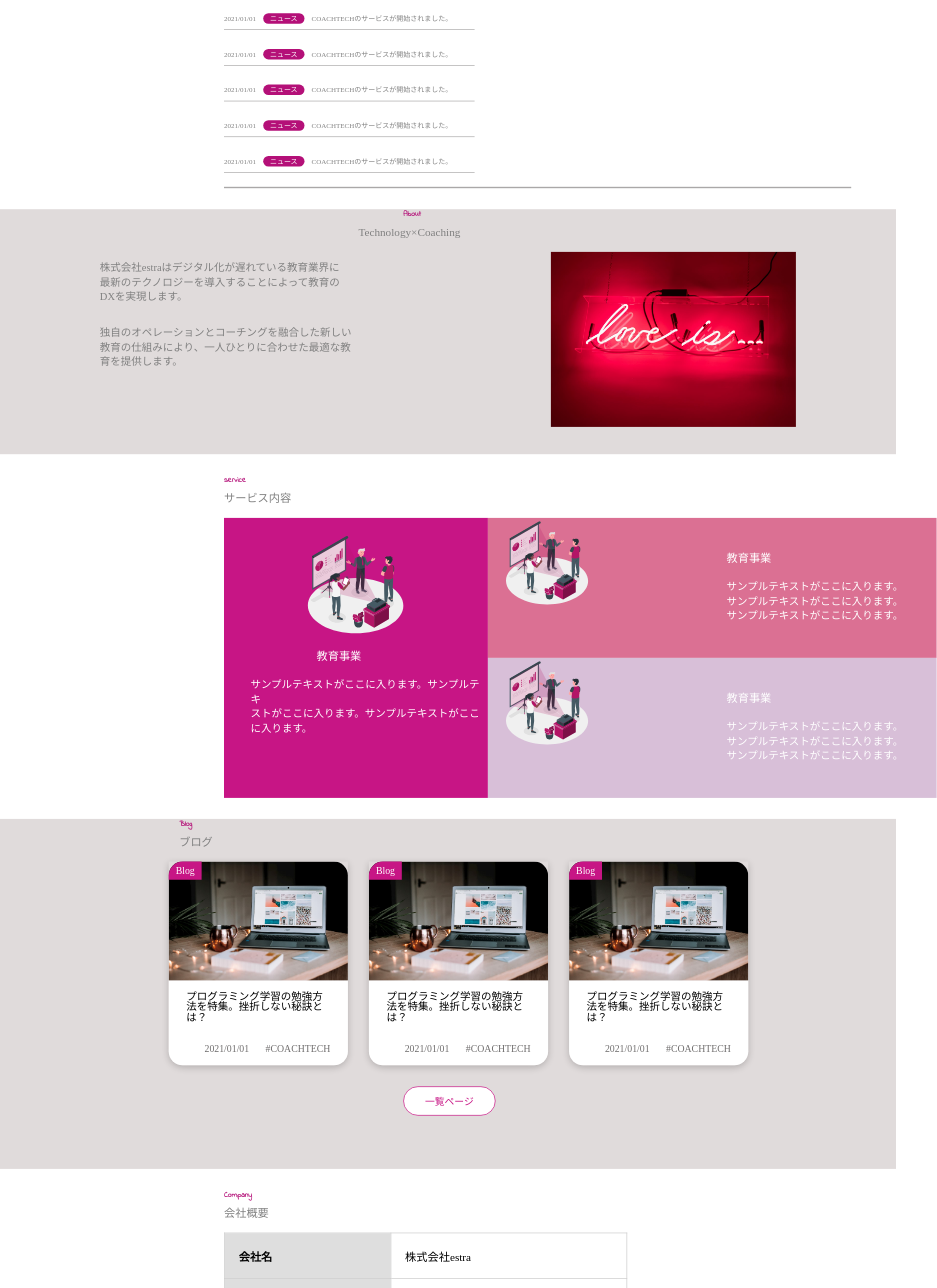
Repository: sigemasaasuka/20210902
Page: index.html
The author's editor kept a copy of each file at every save. The page is drawn from the files as they stood at one save, then again after the next save.
The browser window is 1280 px wide. The page is 1338 px wide, so the pictures cover 1338 px, including what lies to the right of the window. The pictures show the part of the page from y = 547 to 2387 px (the page is 3297 px tall), at 70% of full size.

Above is the page before, as saved 2021-10-06 12:36:49.

### index.html
<!DOCTYPE html>
<html lang="ja">

<head>
  <meta charset="UTF-8">
  <meta name="viewport" content="width=device-width, initial-scale=1.0">
  <title>Document</title>
  <link rel="stylesheet" href="css/style.css">
  <link rel="stylesheet" href="css/reset.css">
  <link rel="preconnect" href="https://fonts.googleapis.com">
  <link rel="preconnect" href="https://fonts.gstatic.com" crossorigin>
  <link href="https://fonts.googleapis.com/css2?family=Indie+Flower&display=swap" rel="stylesheet">
</head>

<body>
  <div class="flex">
    <div class="logo">
      <img src="img/img/estra_logo.png" alt="estra_logo" width="100px" height="30px">
    </div>
    <div class="parent">
      <div class="child">News</div>
      <div class="child">About</div>
      <div class="child">Service</div>
      <div class="child">blog</div>
      <div class="child">Company</div>
      <div class="child">Contact</div>

    </div>
  </div>
  <div class="relative">
    <img class="relative__img" src="img/img/firstview.jpg" alt="firstview">
    <div class="example">
      <h1>Commit to the <span class="document"> growth</span> <br>for everyone</h1>
    </div>
    <div class="second">
      <h3>全ての全ての人の<span class="second-txt">成長</span>にコミットする</h3>
      <p class="subtitle">Educational Technology Company<br>estra inc since 2019</p>
    </div>
  </div>
  <div class="smlltitle-news">
    <h6>News</h6>
  </div>
  <div class="list-news">
    <h3>新着情報</h3>
  </div>
  <div class="local">
    <div class="info">
      <p>
        2021/01/01　<a class="practice__btn">ニュース</a>　COACHTECHのサービスが開始されました。
      </p>
    </div>
    <div class="info">
      <p>
        2021/01/01　<a class="practice__btn">ニュース</a>　COACHTECHのサービスが開始されました。
      </p>
    </div>
    <div class="info">
      <p>
        2021/01/01　<a class="practice__btn">ニュース</a>　COACHTECHのサービスが開始されました。
      </p>
    </div>
    <div class="info">
      <p>
        2021/01/01　<a class="practice__btn">ニュース</a>　COACHTECHのサービスが開始されました。
      </p>
    </div>
    <div class="info">
      <p>
        2021/01/01　<a class="practice__btn">ニュース</a>　COACHTECHのサービスが開始されました。
      </p>
    </div>
  </div>
  <div class="colored-about">
    <div class="smlltitle-about">
      <h6>About</h6>
    </div>
    <div class="list-about">
      <h3>Technology×Coaching</h3>
    </div>
    <div class="flex-txt">
    <div class="info-txt">
      <div class="relate">
        株式会社estraはデジタル化が遅れている教育業界に<br>最新のテクノロジーを導入することによって教育の<br>DXを実現します。
      </div>
      <div class="relate-txt">
        独自のオペレーションとコーチングを融合した新しい<br>教育の仕組みにより、一人ひとりに合わせた最適な教<br>育を提供します。
      </div>

    </div>
      <div class="about">
        <img class="picture__img" src="img/img/about.jpg" alt="about">
      </div>
  </div>
  </div>

  <div class="service">
    <div class="smlltitle-service">
      <h6>service</h6>
    </div>
    <div class="list-service">
      <h3>サービス内容</h3>
    </div>
    <div class="contents">
    <div class="colored-service">
      <div class="photo">
        <img class="service__img" src="img/img/service__first.svg" alt="service">
      </div>
      <div class="title">
        <h3>教育事業</h3>
      </div>
      <div class="explain">
        サンプルテキストがここに入ります。サンプルテキ<br>ストがここに入ります。サンプルテキストがここ<br>に入ります。
      </div>
    </div>
  <div class="contents2">
    <div class="contents2">
  <div class="colored3">
    <div class="photo2">
      <img class="service__img1" src="img/img/service__first.svg" alt="service">
    </div>
    <div>
    <div class="title2">
      <h3>教育事業</h3>
    </div>
    <div class="explain2">
      サンプルテキストがここに入ります。<br>サンプルテキストがここに入ります。<br>サンプルテキストがここに入ります。
    </div>
  </div>
  </div>
  </div>

  <div class="colored">
    <div class="photo2">
      <img class="service__img1" src="img/img/service__first.svg" alt="service">
    </div>
    <div>
    <div class="title2">
      <h3>教育事業</h3>
    </div>
    <div class="explain2">
      サンプルテキストがここに入ります。<br>サンプルテキストがここに入ります。<br>サンプルテキストがここに入ります。
    </div>
  </div>
  </div>
</div>
</div>
</div>
   <div class="colored-blog">
    <div class="smlltitle-blog">
      <h6>Blog</h6>
    </div>
    <div class="list-blog">
      <h3>ブログ</h3>
   </div>
    <div class="flex__item">
      <div class="practice__card">
        <div class="blog__first">
          <img src="img/img/blog__first.jpg" alt="blog">
        </div>
        <div class="card__content">
          <div class="card__cat">Blog</div>
          <h2 class="card__ttl">プログラミング学習の勉強方法を特集。挫折しない秘訣とは？</h2>
          <div class="tag">
            <p class="card__tag">2021/01/01</p>
            <p class="card__date">#COACHTECH</p>
          </div>
        </div>
      </div>
      <div class="practice__card">
        <div class="blog__first">
          <img src="img/img/blog__first.jpg" alt="blog">
        </div>
        <div class="card__content">
          <div class="card__cat">Blog</div>
          <h2 class="card__ttl">プログラミング学習の勉強方法を特集。挫折しない秘訣とは？</h2>
          <div class="tag">
            <p class="card__tag">2021/01/01</p>
            <p class="card__date">#COACHTECH</p>
          </div>
        </div>
      </div>
      <div class="practice__card">
        <div class="blog__first">
          <img src="img/img/blog__first.jpg" alt="blog">
        </div>
        <div class="card__content">
          <div class="card__cat">Blog</div>
          <h2 class="card__ttl">プログラミング学習の勉強方法を特集。挫折しない秘訣とは？</h2>
          <div class="tag">
            <p class="card__tag">2021/01/01</p>
            <p class="card__date">#COACHTECH</p>
          </div>
        </div>
      </div>
    </div>
    <div class="card__cat-blog">一覧ページ</div>
   </div>
   <div class="company">
    <div class="smlltitle-company">
      <h6>Company</h6>
    </div>
    <div class="list-company">
      <h3>会社概要</h3>
    </div>
    <table>
      <tr>
        <th>会社名</th>
        <td>株式会社estra</td>
      </tr>
      <tr>
        <th>代表者名</th>
        <td>福場凛太郎</td>
      </tr>
      <tr>
        <th>本社所在地</th>
        <td>東京都渋谷区1-1-1</td>
      </tr>
      <tr>
        <th>従業員数</th>
        <td>100名</td>
      </tr>
      <tr>
        <th>電話番号</th>
        <td>0120-00-0000</td>
      </tr>
      <tr>
        <th>資本資金</th>
        <td>¥10,000,000</td>
      </tr>
    </table>
    </div>
    <div class="last">
    <div class="photo2">
     <div class="recruit">
      <div class="second-employ">
        <p>採用情報</p>
      </div>
     </div>
    </div>
    <div class="photo3">
      <div class="interview">
    <div class="second-interview">
      <p>社員インタビュー</p>
      </div>
    </div>
    </div>
    </div>
    <div class="list-question">
      <h3>株式会社estraへのお問い合わせはこちらから</h3>
      </div>
      <div class="rod"><p>&#124</p></div>
      <div class="photo4">
  <div class="card__cat3">お問い合わせ</div>
</div>
<div class="colored-question">
  <div class="second-question">
    <p>Copyright&copy;estra,inc　AII Rights Reserved</p>
  </div>
</div>
</body>

</html>

### css/style.css
.img {
  text-align: left;
}

.parent {
  line-height: 50px;
  display: flex;
  justify-content: space-between;
  color: gray;
}

.child {
  margin: 0 10px;
  font-weight: lighter;
}

.logo {
  line-height: 20px;
  width: 100px;
}
.flex {
  display: flex;
  justify-content: space-between;
  height: 50px;
  margin-left: 30px;
}

.relative {
  position: relative;
}

.relative__img {
  margin: 0 0 0 auto;
  display: block;
  width: 50%;
}

.example {
  position: absolute;
  top: 5%;
  left: 30%;
  font-size: 50px;
  color: #b41078;
  font-family: "Indie Flower", cursive;
}

.document {
  top: 5%;
  left: 30%;
  font-size: 70px;
  color: #30b6cf;
  font-family: "Indie Flower", cursive;
}

.second {
  position: absolute;
  top: 50%;
  left: 30%;
  font-size: 18px;
  color: #b41078;
}

.second-txt {
  top: 50%;
  left: 30%;
  font-size: 18px;
  color: #30b6cf;
}

.subtitle {
  margin: 0;
  font-size: 15px;
  color: gray;
  font-weight: lighter;
}

.smlltitle-news {
  color: #b41078;
  font-family: "Indie Flower", cursive;
  margin-left: 25%;
}

.list-news {
  color: gray;
  margin-left: 25%;
  margin-top: 10px;
  margin-bottom: 20px;
}

.local {
  margin-left: 25%;
  border-color: rgb(170, 168, 168);
  border-top: solid 2px rgb(170, 168, 168);
  border-bottom: solid 2px rgb(170, 168, 168);
  width: 70%;
}

.info {
  margin-bottom: 20px;
  border-width: 0 0 1px 0;
  border-style: solid;
  line-height: 30px;
  border-color: rgb(173, 171, 171);
  margin-top: 20px;
  padding-left: 0;
  font-size: 10px;
  color: gray;
  width: 40%;
}

.practice__btn {
  width: 100px;
  padding: 2px 10px;
  color: #fff;
  border-radius: 30px;
  background-color: #b41078;
  text-align: center;
  margin: 0 auto 0;
}

.colored-about {
  height: 350px;
  background-color: rgb(224, 219, 219);
  margin-top: 30px;
}
.smlltitle-about {
  color: #b41078;
  font-family: "Indie Flower", cursive;
  margin-left: 45%;
}

.list-about {
  color: gray;
  margin-left: 40%;
  margin-top: 10px;
}

.flex-txt {
  display: flex;
  justify-content: space-around;
  height: 30px;
}

.relate {
  color: gray;
  font-size: 15px;
  margin-top: 30px;
}

.relate-txt {
  color: gray;
  font-size: 15px;
  margin-top: 30px;
}

.picture__img {
  margin-top: 20px;
  width: 350px;
  height: 250px;
}

.smlltitle-service {
  color: #b41078;
  font-family: "Indie Flower", cursive;
  margin-left: 25%;
  margin-top: 30px;
}

.list-service {
  color: gray;
  margin-left: 25%;
  margin-top: 10px;
}

.contents {
  display: flex;
}
.colored-service {
  background-color: #c71585;
  margin-top: 20px;
  margin-left: 25%;
  width: 30%;
  height: 400px;
}

.service__img {
  width: 300px;
  height: 150px;
  margin-top: 20px;
  margin-left: 10%;
}

.title {
  margin-top: 20px;
  color: #fff;
  margin-left: 35%;
}

.explain {
  margin-left: 10%;
  margin-top: 20px;
  color: #fff;
  font-size: 15px;
}
.contents2 {
  display: flex;
  flex-direction: column;
  justify-content: space-around;
}
.colored3 {
  display: flex;
  background-color: #db7093;
  margin-top: 20px;
  width: 110%;
  height: 200px;
}

.service__img1 {
  width: 40%;
  margin-left: 20px;
  margin-top: ;
}

.title2 {
  margin-top: 20px;
  color: #fff;
  margin-top: 50px;
  margin-left: 20px;
}

.explain2 {
  margin-top: 20px;
  margin-left: 20px;
  color: #fff;
  font-size: 15px;
}

.colored {
  display: flex;
  background-color: #d8bfd8;
  width: 110%;
  height: 200px;
}

.colored-blog {
  height: 500px;
  background-color: rgb(224, 219, 219);
  margin-top: 30px;
}

.smlltitle-blog {
  color: #b41078;
  font-family: "Indie Flower", cursive;
  margin-left: 20%;
  margin-top: 30px;
}

.list-blog {
  color: gray;
  margin-left: 20%;
  margin-top: 10px;
}

.flex__item {
  border-radius: 20px;
  display: flex;
  justify-content: center;
}

.practice__card {
  margin-top: 20px;
  margin-left: 30px;
  position: relative;
  width: 20%;
  border-bottom-left-radius: 20px;
  border-bottom-right-radius: 20px;
  box-shadow: 0px 3px 10px rgba(0, 0, 0, 0.2);
}

.blog__first {
  overflow: hidden;
  border-top-left-radius: 20px;
  border-top-right-radius: 20px;
}

.card__img img {
  width: 100%;
}

.card__content {
  border-bottom-left-radius: 20px;
  border-bottom-right-radius: 20px;
  background-color: #fff;
  padding: 15px 25px;
}

.card__ttl {
  font-size: 15px;
  margin-bottom: 30px;
  font-weight: 400;
}

.card__cat {
  position: absolute;
  top: 0;
  left: 0;
  border-top-left-radius: 20px;
  padding: 5px 10px;
  background: #c71585;
  display: inline-block;
  color: #fff;
  font-size: 14px;
}

.tag {
  font-size: 14px;
  text-align: right;
}

.card__tag {
  display: inline-block;
  color: rgb(112, 110, 110);
  margin-left: 10px;
}

.card__date {
  display: inline-block;
  margin-left: 20px;
  color: rgb(112, 110, 110);
}

.card__cat-blog {
  padding: 10px 30px;
  background: white;
  margin-top: 30px;
  margin-left: 45%;
  border: 1px solid;
  display: inline-block;
  color: #c71585;
  font-size: 14px;
  border-radius: 30px;
}

.company {
  margin-left: 25%;
}

.smlltitle-company {
  color: #b41078;
  font-family: "Indie Flower", cursive;
  margin-top: 30px;
}

.list-company {
  color: gray;
  margin-top: 10px;
  margin-bottom: 20px;
}

table {
  width: 60%;
  border-collapse: collapse;
}

table th,
table td {
  border: 1px solid #ccc;
  padding: 20px;
}
table th {
  font-weight: bold;
  background-color: #dedede;
}

.last {
  display: flex;
  margin-top: 50px;
  position: relative;
}

.second-employ {
  position: absolute;
  top: 50%;
  left: 40%;
  font-size: 20px;
  color: #fff;
}

.photo2 {
  width: 50%;
}

.recruit {
  position: relative;
  width: 100%;
  height: 0;
  padding-top: calc(300 / 683 * 100%); /* calc(画像高さ ÷ 画像横幅 × 100%) */
  background: url(../img/img/recruit.png) center center / cover no-repeat;
  margin-top: 30px;
}

.photo3 {
  width: 50%;
}

.interview {
  position: relative;
  width: 100%;
  height: 0;
  padding-top: calc(300 / 683 * 100%); /* calc(画像高さ ÷ 画像横幅 × 100%) */
  background: url(../img/img/interview.png) center center / cover no-repeat;
  margin-top: 30px;
}

.second-interview {
  position: absolute;
  top: 50%;
  left: 45%;
  font-size: 20px;
  color: #fff;
}

.list-question {
  color: gray;
  margin-top: 50px;
  margin-left: 36%;
}
.rod {
  color: #c71585;
  margin-left: 47%;
  margin-top: 10px;
  font-size: 30px;
}

.card__cat3 {
  position: relative;
  top: 0;
  padding: 20px 60px;
  background: linear-gradient(90deg, #ff69b4, #c71585);
  margin-top: 10px;
  margin-left: 40%;
  border: 1px solid;
  display: inline-block;
  color: #fff;
  font-size: 14px;
  border-radius: 30px;
}

.card__cat3::before {
  content: "";
  position: absolute;
  bottom: 15px;
  left: 25px;
  background: url(../img/img/mailicon.svg) no-repeat;
  background-size: cover;
  width: 15px;
  height: 15px;
  transform: translate(0, -50%);
}

.colored-question {
  height: 30px;
  background-color: rgb(224, 219, 219);
  margin-top: 25px;
}

.second-question {
  color: #000;
  font-size: 10px;
  margin-left: 40%;
  line-height: 30px;
}

### css/reset.css
@charset "UTF-8";
html,
body,
div,
span,
applet,
object,
iframe,
h1,
h2,
h3,
h4,
h5,
h6,
p,
blockquote,
pre,
a,
abbr,
acronym,
address,
big,
cite,
code,
del,
dfn,
em,
img,
ins,
kbd,
q,
s,
samp,
small,
strike,
strong,
sub,
sup,
tt,
var,
b,
u,
i,
center,
dl,
dt,
dd,
ol,
ul,
li,
fieldset,
form,
label,
legend,
table,
caption,
tbody,
tfoot,
thead,
tr,
th,
td,
article,
aside,
canvas,
details,
embed,
figure,
figcaption,
footer,
header,
hgroup,
menu,
nav,
output,
ruby,
section,
summary,
time,
mark,
audio,
video {
  margin: 0;
  padding: 0;
  border: none;
  font-style: normal;
  text-align: left;
  zoom: 1;
}
article,
aside,
details,
figcaption,
figure,
footer,
header,
hgroup,
menu,
nav,
section {
  display: block;
}
table {
  border-collapse: collapse;
  font-family: inherit;
}
h1,
h2,
h3,
h4,
h5 {
  font-size: 100%;
  font-weight: normal;
  line-height: 1;
}
input,
textarea,
select {
  font-family: inherit;
  font-size: 16px;
}
input[type="button"],
input[type="text"],
input[type="submit"] {
  -webkit-appearance: none;
  border-radius: 0;
}
textarea {
  resize: none;
  -webkit-appearance: none;
  border-radius: 0;
}
th,
td {
  border-collapse: collapse;
}
table th,
table td {
  white-space: nowrap;
}
ul,
ol {
  list-style-type: none;
}
img {
  vertical-align: text-bottom;
  vertical-align: -webkit-baseline-middle;
  max-width: 100%;
  height: auto;
  width/***/: auto;
}

After the next save:
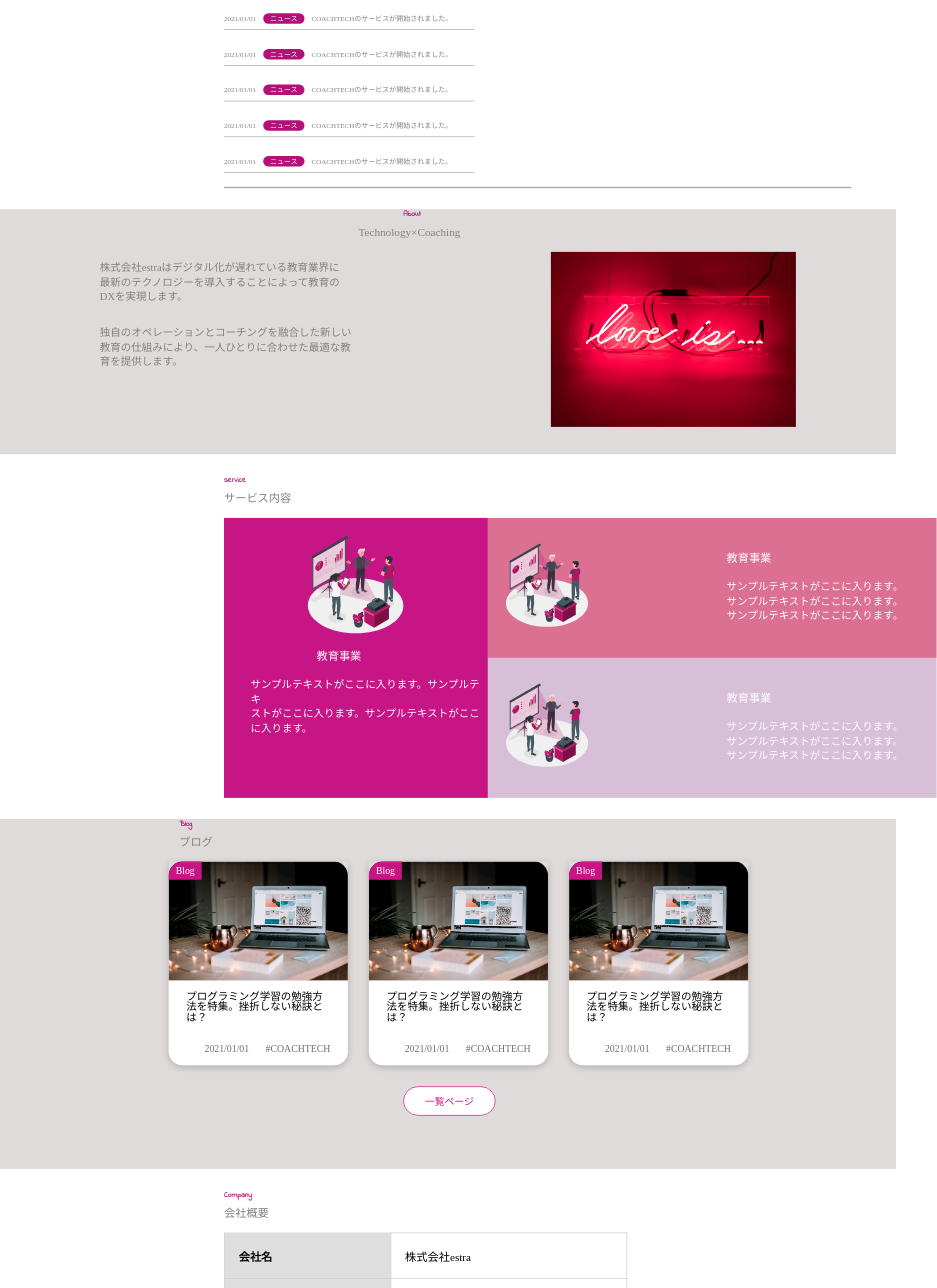
Saved 4 s later.
--- a/css/style.css
+++ b/css/style.css
@@ -218,7 +218,7 @@
 .service__img1 {
   width: 40%;
   margin-left: 20px;
-  margin-top: ;
+  margin-top: 10%;
 }
 
 .title2 {
